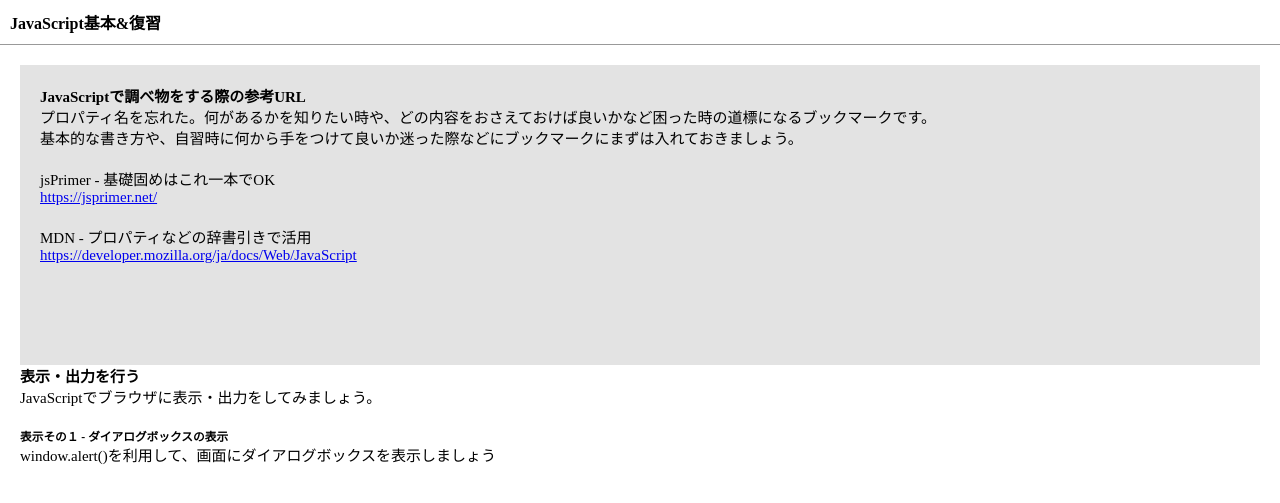
Repository: Yuto-Arakawa/study_js
Page: 01_basic/荒川/ara_basic01.html
The author's editor kept a copy of each file at every save. The page is drawn from the files as they stood at one save, then again after the next save.
The browser window is 1280 px wide. The pictures show the whole page.

Above is the page before, as saved 2026-11-06 14:56:08.

After the next save:
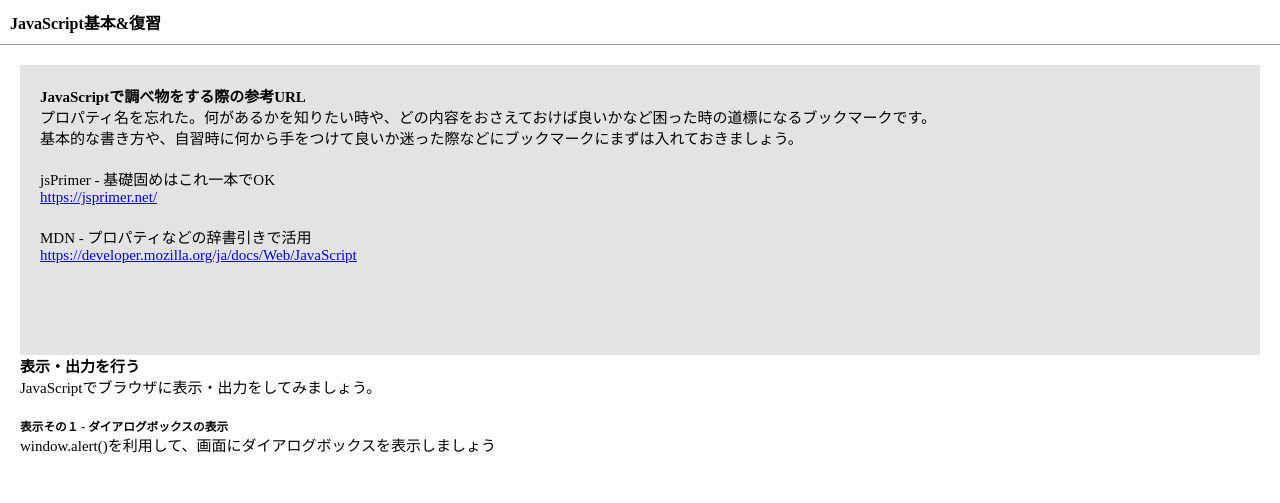
Saved 48 s later.
--- a/01_basic/荒川/css/basic01.css
+++ b/01_basic/荒川/css/basic01.css
@@ -18,6 +18,6 @@ main{
 
 .reference{
     padding: 20px;
-    height: 300px;
+    height: 290px;
     background-color: #e3e3e3;
 }
